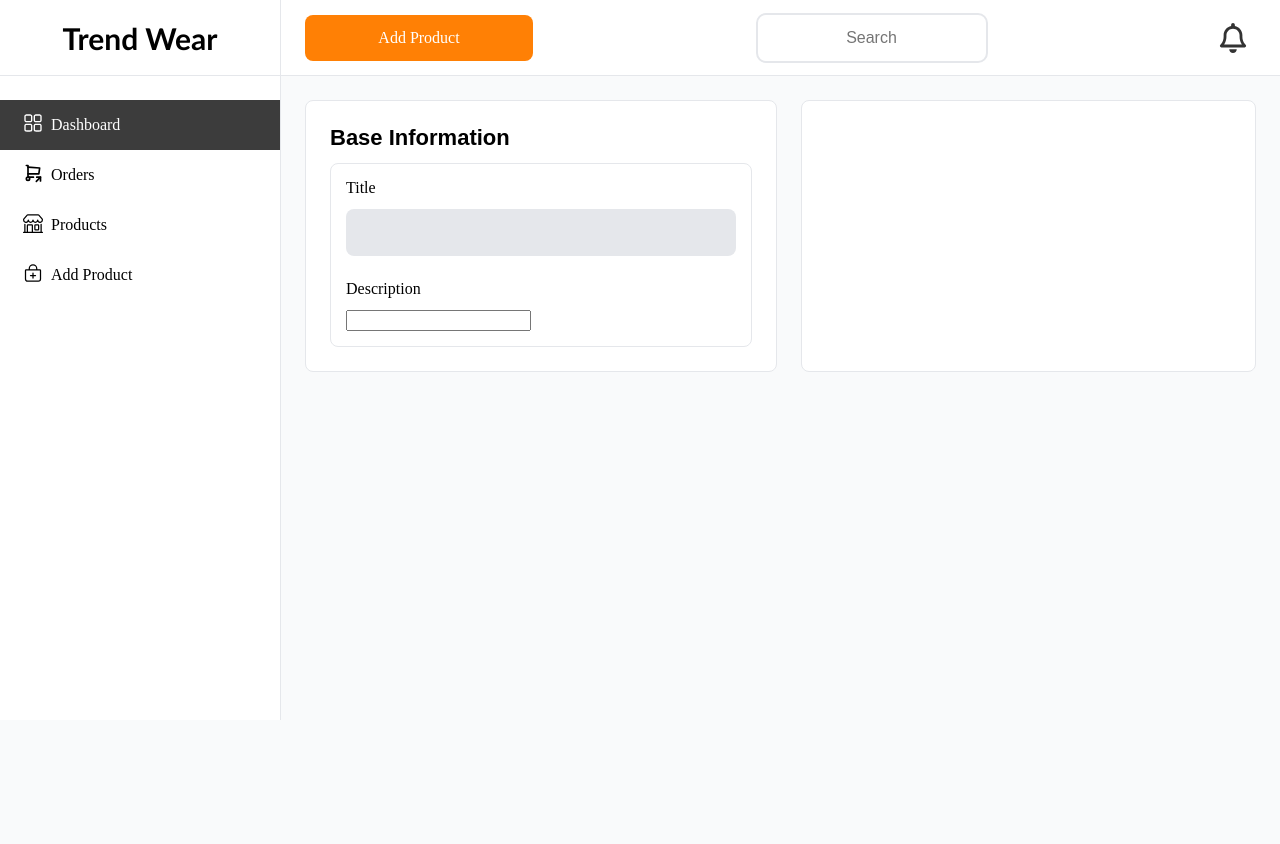
Repository: ahmad-dev7/TrendWear
Page: / (app in trend_wear_dashboard/)
The author's editor kept a copy of each file at every save. The page is drawn from the files as they stood at one save, then again after the next save.
The browser window is 1280 px wide. The pictures show the whole page.
The project was rebuilt for these pictures with package versions that can differ from the ones it lists, and the page was loaded fresh each time. Also part of the build but not shown: trend_wear_dashboard/vite.config.ts.

Above is the page before, as saved 2025-01-20 02:46:39.

After the next save:
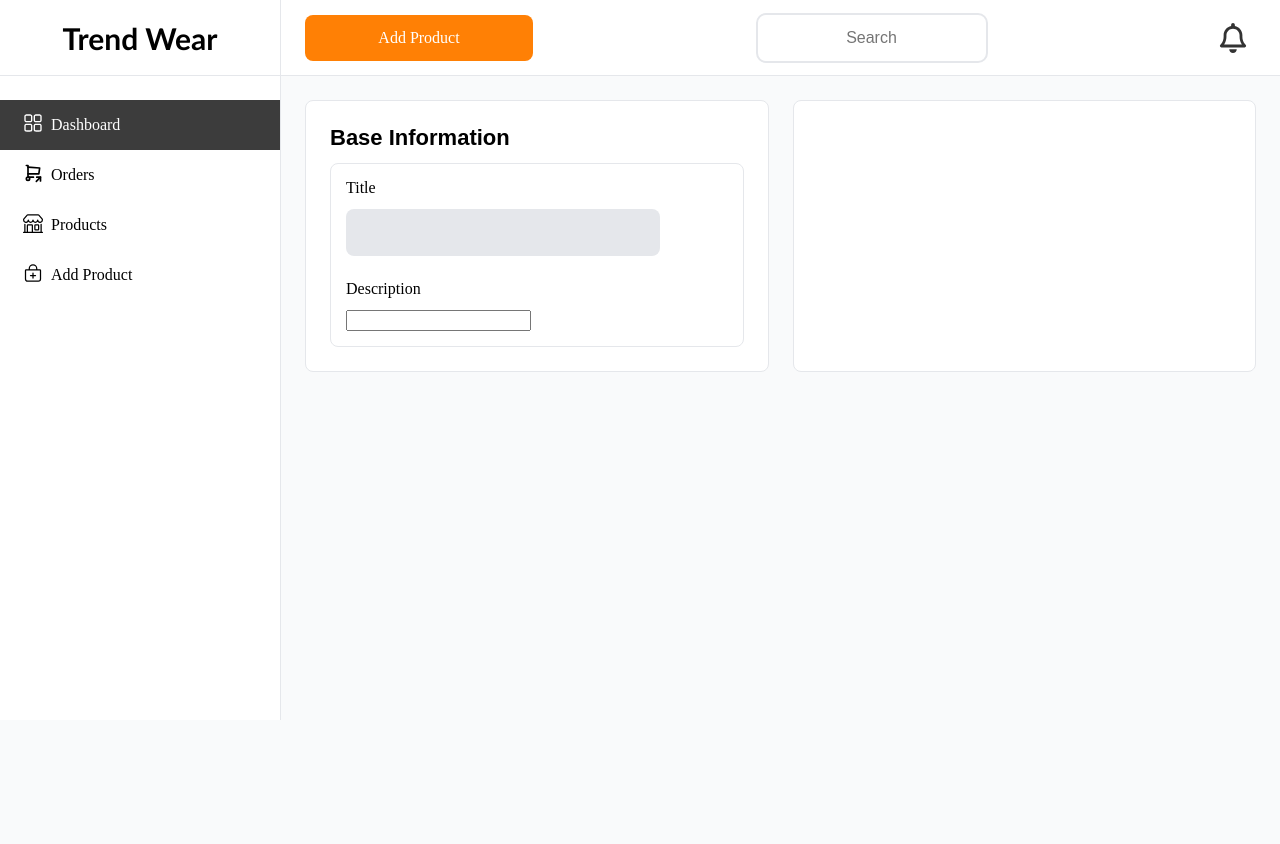
Saved 11 s later.
--- a/trend_wear_dashboard/src/Components/AddProduct/ProductDetails.css
+++ b/trend_wear_dashboard/src/Components/AddProduct/ProductDetails.css
@@ -31,7 +31,7 @@ p:not(.heading) {
     border: none;
     outline: none;
     height: 45px;
-    font-size: 30px;
+    font-size: 24px;
     border-radius: 8px;
     background-color: #e5e7eb;
 }
